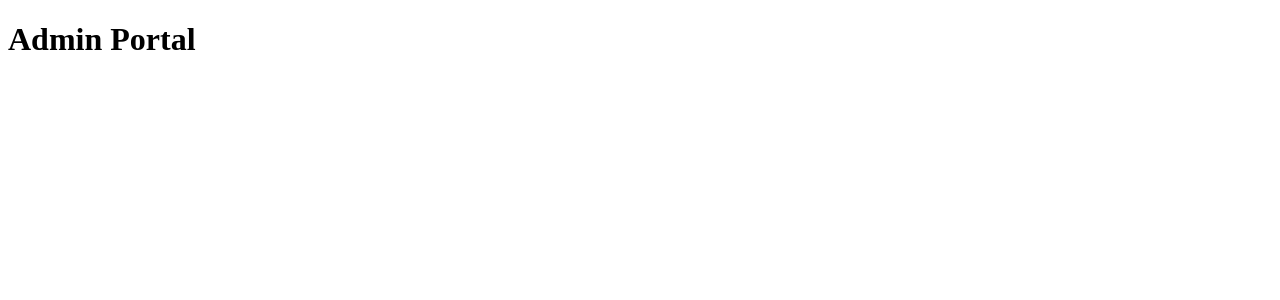
Repository: VimashaVishvani/VehicleRental
Page: http://localhost/Vehicle_rentalDb/admin.jsp
An editor plug-in stored every save of this project. The page is shown before and after the next save, followed by the edit.
The browser window is 1280 px wide. The pictures show the whole page.
The page is served by Tomcat 9. Other server files are loaded and not shown.

Above is the page before, as saved 2024-05-04 19:54:37.

### Vehicle_rentalDb/src/main/webapp/admin.jsp
<%@ page language="java" contentType="text/html; charset=ISO-8859-1"
    pageEncoding="ISO-8859-1"%>

<%@taglib prefix="c" uri="http://java.sun.com/jsp/jstl/core"%>

<!DOCTYPE html>
<html>
<head>
<meta charset="ISO-8859-1">
<title>Admin</title>
</head>
<body>
<h1>Admin Portal</h1>
<table>
<c:forEach var="user" items="${userDetails}">
    <tr>
        <td>Customer ID</td>
        <td>${user.id}</td>
    </tr>
    <tr>
        <td>Customer Name</td>
        <td>${user.name}</td>
    </tr>
    <tr>
        <td>Customer Email</td>
        <td>${user.gmail}</td>
    </tr>
    <tr>
        <td>Customer Phone</td>
        <td>${user.phoneNumber}</td>
    </tr>
</c:forEach>
</table>
</body>
</html>

After the next save:
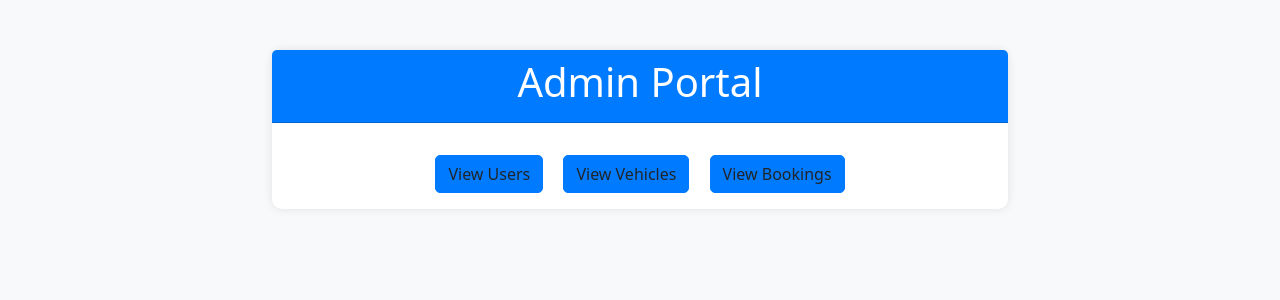
Saved 2 min 38 s later.
--- a/Vehicle_rentalDb/src/main/webapp/admin.jsp
+++ b/Vehicle_rentalDb/src/main/webapp/admin.jsp
@@ -1,6 +1,5 @@
 <%@ page language="java" contentType="text/html; charset=ISO-8859-1"
     pageEncoding="ISO-8859-1"%>
-
 <%@taglib prefix="c" uri="http://java.sun.com/jsp/jstl/core"%>
 
 <!DOCTYPE html>
@@ -8,28 +7,76 @@
 <head>
 <meta charset="ISO-8859-1">
 <title>Admin</title>
+<link href="https://cdn.jsdelivr.net/npm/bootstrap@5.3.3/dist/css/bootstrap.min.css" rel="stylesheet" integrity="sha384-QWTKZyjpPEjISv5WaRU9OFeRpok6YctnYmDr5pNlyT2bRjXh0JMhjY6hW+ALEwIH" crossorigin="anonymous">
+<style>
+    body {
+        background-color: #f8f9fa;
+    }
+
+    .container {
+        margin-top: 50px;
+    }
+
+    .card {
+        border: none;
+        border-radius: 10px;
+        box-shadow: 0px 0px 10px rgba(0, 0, 0, 0.1);
+    }
+
+    .card-header {
+        background-color: #007bff;
+        color: #fff;
+        border-radius: 10px 10px 0 0;
+    }
+
+    .btn-custom {
+        background-color: #007bff;
+        border-color: #007bff;
+        border-radius: 5px;
+    }
+</style>
 </head>
 <body>
-<h1>Admin Portal</h1>
-<table>
-<c:forEach var="user" items="${userDetails}">
-    <tr>
-        <td>Customer ID</td>
-        <td>${user.id}</td>
-    </tr>
-    <tr>
-        <td>Customer Name</td>
-        <td>${user.name}</td>
-    </tr>
-    <tr>
-        <td>Customer Email</td>
-        <td>${user.gmail}</td>
-    </tr>
-    <tr>
-        <td>Customer Phone</td>
-        <td>${user.phoneNumber}</td>
-    </tr>
-</c:forEach>
-</table>
+<div class="container">
+    <div class="row">
+        <div class="col-md-8 offset-md-2">
+            <div class="card">
+                <div class="card-header">
+                    <h1 class="text-center">Admin Portal</h1>
+                </div>
+                <div class="card-body">
+                    <table class="table">
+                        <c:forEach var="user" items="${userDetails}">
+                            <tr>
+                                <td>Customer ID</td>
+                                <td>${user.id}</td>
+                            </tr>
+                            <tr>
+                                <td>Customer Name</td>
+                                <td>${user.name}</td>
+                            </tr>
+                            <tr>
+                                <td>Customer Email</td>
+                                <td>${user.gmail}</td>
+                            </tr>
+                            <tr>
+                                <td>Customer Phone</td>
+                                <td>${user.phoneNumber}</td>
+                            </tr>
+                        </c:forEach>
+                    </table>
+                    <div class="text-center">
+                        <!-- Buttons for navigating to other pages -->
+                        <a href="viewUsers.jsp" class="btn btn-custom mx-2">View Users</a>
+                        <a href="viewVehicles.jsp" class="btn btn-custom mx-2">View Vehicles</a>
+                        <a href="viewBookings.jsp" class="btn btn-custom mx-2">View Bookings</a>
+                    </div>
+                </div>
+            </div>
+        </div>
+    </div>
+</div>
+
+<script src="https://cdn.jsdelivr.net/npm/bootstrap@5.3.3/dist/js/bootstrap.bundle.min.js" integrity="sha384-YvpcrYf0tY3lHB60NNkmXc5s9fDVZLESaAA55NDzOxhy9GkcIdslK1eN7N6jIeHz" crossorigin="anonymous"></script>
 </body>
 </html>
